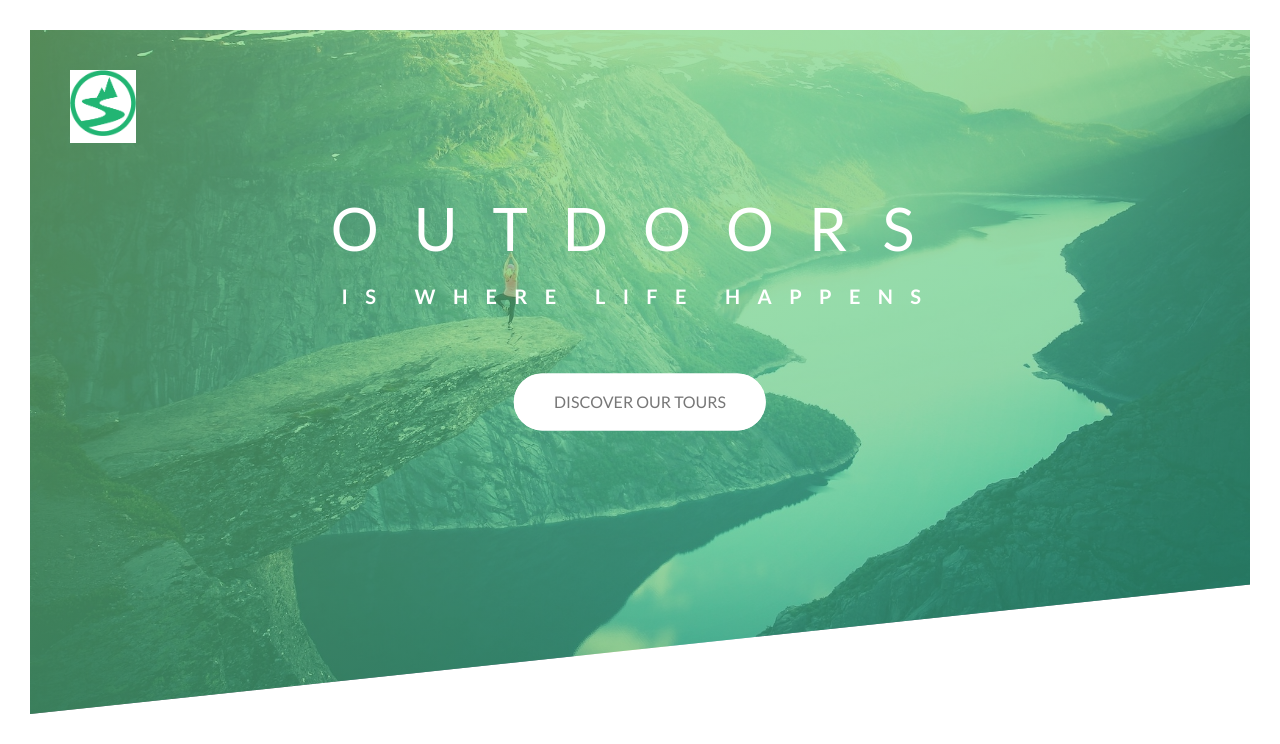
Repository: mukiSabljakovic/NatoursV1
Page: index.html
These files come from the project's save history. The page is drawn as it stood at one moment and after the next save; the edit follows.
The browser window is 1280 px wide. The pictures show the whole page.
Some web libraries are served in a nearby version.

Above is the page before, as saved 2020-05-11 16:27:54.

After the next save:
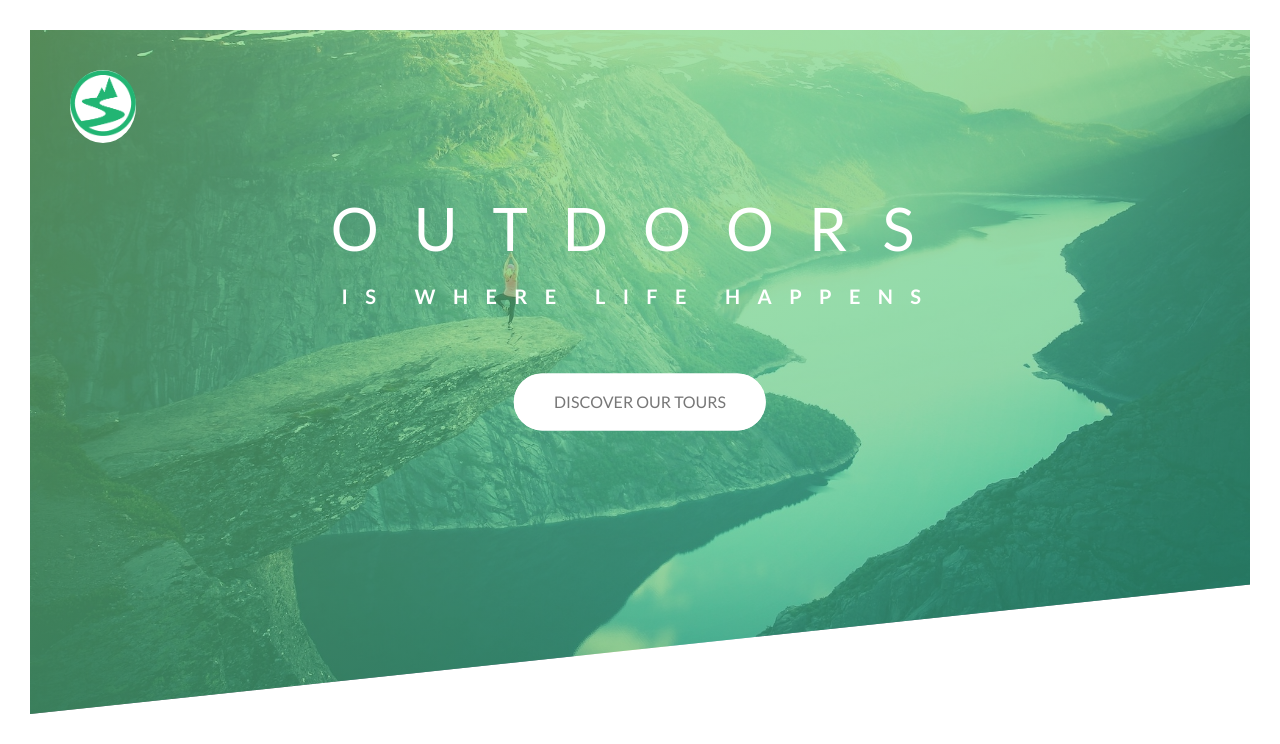
Saved 13 s later.
--- a/css/style.css
+++ b/css/style.css
@@ -46,6 +46,7 @@ body {
     top: 40px;
     left: 40px;
     background: white;
+    border-radius: 100%;
 }
 
 .logo {
